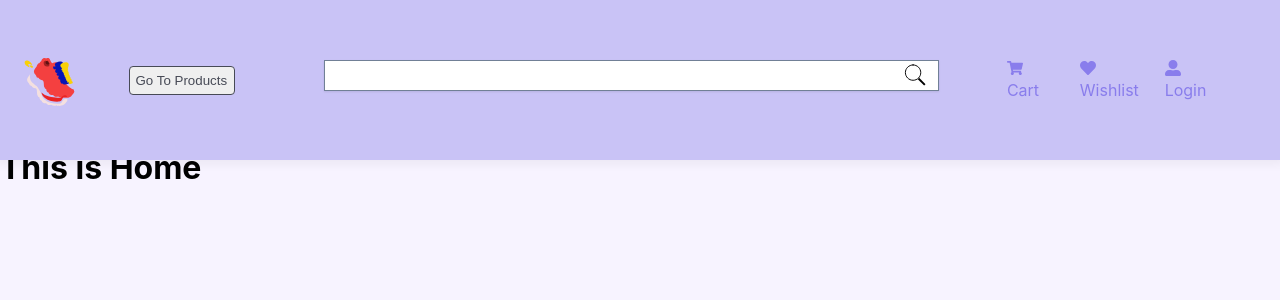
Repository: Irfan-vit/shoecase
Page: /
These files come from the project's save history. The page is drawn as it stood at one moment and after a run of saves; the edit follows.
The browser window is 1280 px wide. The pictures show the whole page.
The page's requests for data from a server got no answer. The project was rebuilt for these pictures with package versions that can differ from the ones it lists, and the page was loaded fresh each time. No one was signed in, and anything a server would have sent is missing. Also part of the build but not shown: src/pages/Product/ProductPage.jsx, src/pages/cart/CartPage.jsx, src/pages/wishlist/WishlistPage.jsx, src/pages/login/LoginPage.jsx, src/pages/signup/SignupPage.jsx, src/pages/user/StyledUser.jsx, src/components/forms/addAddress/AddAddress.jsx, src/components/forms/editAddress/EditAddress.jsx and 4 more.

Above is the page before, as saved 2023-05-22 04:52:03.

### src/index.js
import React, { useState } from 'react'
import { createRoot } from 'react-dom/client'
import { BrowserRouter } from 'react-router-dom'
import { makeServer } from './server'
import App from './App'

import { AuthProvider } from './context/AuthContext'
import { ToastContainer } from 'react-toastify'
import { ThemeProvider } from 'styled-components'
import { defaultTheme } from './utils/theme/theme'
import GlobalStyles from './utils/theme/Global'
import 'react-toastify/dist/ReactToastify.min.css'
import './utils/css/typography.css'
import './utils/css/colors.css'

// Call make Server
makeServer()

createRoot(document.getElementById('root')).render(
  <BrowserRouter>
    <AuthProvider>
      <ThemeProvider theme={defaultTheme}>
        <App />
        <ToastContainer />
        <GlobalStyles />
      </ThemeProvider>
    </AuthProvider>
  </BrowserRouter>,
)

### src/App.jsx
import { useEffect } from 'react'
import { Routes, Route, Link } from 'react-router-dom'
import axios from 'axios'

import Home from './pages/home/HomePage'
import Product from './pages/Product/ProductPage'
import Cart from './pages/cart/CartPage'
import Wishlist from './pages/wishlist/WishlistPage'
import Login from './pages/login/LoginPage'
import Signup from './pages/signup/SignupPage'
import User from './pages/user/User'

import RequiresAuth from './components/RequiresAuth'
import { useAuth } from './context/AuthContext'
import NavBar from './components/navBar/NavBar'

function App() {
  async function getCat() {
    const res = await axios.get('/api/products')
    const dat = res.data.products
    console.log(dat)
  }
  useEffect(() => {
    getCat()
  }, [])
  return (
    <div className="App">
      <NavBar />
      <nav>
        <Link to="/" style={{ padding: '0.5rem' }}>
          Home
        </Link>
        <Link to="/product" style={{ padding: '0.5rem' }}>
          Product
        </Link>
        <Link to="/cart" style={{ padding: '0.5rem' }}>
          Cart
        </Link>
        <Link to="/wishlist" style={{ padding: '0.5rem' }}>
          Wishlist
        </Link>
        <Link to="/login" style={{ padding: '0.5rem' }}>
          Login
        </Link>
        <Link to="/signup" style={{ padding: '0.5rem' }}>
          Signup
        </Link>
        <Link to="/user" style={{ padding: '0.5rem' }}>
          User
        </Link>
      </nav>
      <Routes>
        <Route path="/" element={<Home />} />
        <Route path="/product" element={<Product />} />
        <Route path="/wishlist" element={<Wishlist />} />
        <Route path="/login" element={<Login />} />
        <Route path="/signup" element={<Signup />} />
        {/* <Route path="/user" element={<User />} /> */}
        <Route
          path="/cart"
          element={
            <RequiresAuth>
              <Cart />
            </RequiresAuth>
          }
        />
        <Route
          path="/user"
          element={
            <RequiresAuth>
              <User />
            </RequiresAuth>
          }
        />
      </Routes>
    </div>
  )
}

export default App

### src/context/AuthContext.jsx
import { createContext, useContext, useEffect, useState } from 'react'
import { useNavigate, useLocation } from 'react-router-dom'
import axios from 'axios'
import { login, signup } from '../api/auth/apiAuth'

const AuthContext = createContext()

const AuthProvider = ({ children }) => {
  const localStorageToken = JSON.parse(localStorage.getItem('token'))
  const navigate = useNavigate()
  const location = useLocation()
  const [token, setToken] = useState(localStorageToken?.token)
  const [userDetails, setUserDetails] = useState(localStorageToken?.user)

  async function getUser({ email, password }, e) {
    try {
      e.preventDefault()
      const {
        data: { foundUser, encodedToken },
      } = await login({ email, password })
      localStorage.setItem(
        'token',
        JSON.stringify({ token: encodedToken, user: foundUser }),
      )
      setToken(encodedToken)
      setUserDetails(foundUser)
      console.log(foundUser)
      navigate(location?.state?.from?.pathname ?? '/', { replace: true })
    } catch {
      console.error('invalid Credentials')
    }
  }

  async function setUser({ email, password }, e) {
    try {
      e.preventDefault()
      const {
        data: { createdUser, encodedToken },
      } = await signup({ email, password })
      console.log(createdUser, encodedToken, 'response data')
      localStorage.setItem(
        'token',
        JSON.stringify({ token: encodedToken, user: createdUser }),
      )
      setToken(encodedToken)
      setUserDetails(createdUser)
      console.log(createdUser)
      navigate('/')
    } catch {
      console.error('invalid signup')
    }
  }
  return (
    <AuthContext.Provider
      value={{ getUser, setUser, token, setToken, userDetails, setUserDetails }}
    >
      {children}
    </AuthContext.Provider>
  )
}

const useAuth = () => useContext(AuthContext)

export { AuthProvider, useAuth }

### src/utils/theme/theme.js
import defaultColors from './defaultThemeColors'
// import typography from './typogarphy'
export const defaultTheme = {
  primaryBg: defaultColors.primaryBg,
  offSetBg: defaultColors.offSetBg,
  primaryText: defaultColors.primaryText,
  PrimaryHeading: defaultColors.PrimaryHeading,
  offSetText: defaultColors.offSetText,
  action: defaultColors.action,
  actionOffSet: defaultColors.actionOffSet,
  higilight: defaultColors.higilight,
}
export const darkTheme = {
  primaryBg: defaultColors.primaryBg,
  offSetBg: defaultColors.offSetBg,
  textOnPrimary: defaultColors.textOnPrimary,
  textOnOffSet: defaultColors.textOnOffSet,
  action: defaultColors.action,
  textColor: defaultColors.textColor,
  textMuted: defaultColors.textMuted,
}

### src/utils/theme/Global.js
import { createGlobalStyle } from 'styled-components'

const GlobalStyles = createGlobalStyle`
html {
    box-sizing: border-box;
    font-size: 16px;
    font-family: var(--font-family-body);
  }
*, *::before, *::after {
    box-sizing: inherit;
    Margin:0;
    Padding:0;
    Border:0;
}
body{
  background-color: ${(props) => props.theme.primaryBg};
}
`
export default GlobalStyles

### src/utils/css/typography.css
html {
    box-sizing: border-box;
    font-size: 16px;
    font-family: var(--font-family-body);
  }
*, *::before, *::after {
    box-sizing: inherit;
    Margin:0;
    Padding:0;
    Border:0;
}

:root{
    --font-family-hero: CircularPro, "Gill Sans", "Gill Sans MT", "Helvetica Neue", Helvetica, Arial, sans-serif;
    --font-family-headings: CircularPro, Sans, apple-system, sans-serif;
    --font-family-body: -apple-system, BlinkMacSystemFont, "Segoe UI", Roboto, Helvetica, Arial, sans-serif, "Apple Color Emoji", "Segoe UI Emoji", "Segoe UI Symbol";
    --font-family-serif: Georgia, "Times New Roman", serif;
    --font-family-mono: Menlo, Monaco, "Courier New", monospace;
    --font-xxxs: 0.425rem;
    --font-xxs: 0.625rem;
    --font-xs: 0.7rem;
    --font-sm: 0.875rem;
    --font-md: 1rem;
    --font-lg: 1.25rem;
    --font-xl: 1.5rem;
    --font-xxl: 2.25rem;
    --font-xxxl: 3rem;
    --font-xxxxl: 4rem;
    --font-weight-light: 300;
    --font-weight-normal: 400;
    --font-weight-strong: 500;
    --font-weight-semi-bold: 600;
    --font-weight-bold: 700;
    --primary-color: #6c5ce7;
    --primary-heavy: #5d4aec;
    --primary-light: #897dec;
    --text-on-primary: #ffffff;
    --primary-bg: #eceaff;
    --primary-bg-heavy: #c9c3f6;
    --secondary-color: #ffffff;
    --secondary-heavy: #ffffff;
    --secondary-light: #ffffff;
    --text-on-secondary: #6c5ce7;
    --secondary-bg: #ffffff;
    --secondary-bg-heavy: #ffffff;
    --error-color: #e62e5c;
    --error-heavy: #d31948;
    --error-light: #f086a0;
    --error-bg: #f7bac9;
    --error-bg-heavy: #8d1130;
    --spacing-unit: 6px;
    --margins: 2;
    --margin-size: (var(--margins) * 2);
    --cell-padding: (4 * var(--spacing-unit));
    --grid-gutter: (var(--margins) * var(--spacing-unit));
    --grid-margin: (var(--margin-size) * var(--spacing-unit));
    --cell-margin: (var(--grid-gutter) / 2);
    --border-radius-small: 0.125rem;
    --border-radius-medium: 0.25rem;
    --border-radius-large: 0.5rem;
    --border-radius-x-large: 1rem;
    --border-radius-circle: 50%;
    --border-radius-pill: 9999px;
    --border-size1: 1px;
    --border-size2: 2px;
    --border-size3: 3px;
    --border-size4: 4px;
    --text-color: #718096;
    --text-bright: #000;
    --text-muted: #a9b1ba;
    --bg-color: #fff;
    --background-body: #202b38;
    --background: #161f27;
    --background-alt: #1a242f;
    --box-shadow: 0 -1px 1px 0 rgba(0, 0, 0, 0.09), 0 2px 2px 0 rgba(0, 0, 0, 0.23);
    --box-shadow-x-small: 0 1px 0 #0d131e0d;
    --box-shadow-small: 0 1px 2px #0d131e1a;
    --box-shadow-medium: 0 2px 4px #0d131e1a;
    --box-shadow-large: 0 2px 8px #0d131e1a;
    --box-shadow-x-large: 0 4px 16px #0d131e1a;
    --border-color: #fff;
    --form-placeholder: #a9a9a9;
    --form-text: #fff;
    --color-focus-outline: #4299e14c;
    --tertiary-color: #8367C7;
    --complimentary-color: #F0FFF1;
    --twitter: #1da1f2;
    --slack: #4a154b;
    --github: #24292e;
    --heading-xxs: 1rem;
    --heading-xs: 1.1rem;
    --heading-sm: 1.25rem;
    --heading-md: 1.5rem;
    --heading-lg: 2rem;
    --heading-xl: 3rem;
    --heading-xxl: 4rem;
}

### src/utils/css/colors.css
:root{
    --background-color: #FFFFFF;
    --on-background-color: #2B2B2B;
    --on-background-low-color: #9598A1;
    --on-background-medium-color: #707279;
    --on-background-high-color: #2B2B2B;
    --primary-color: #6C5CE7;
    --on-primary-color: #FFFFFF;
    --border-medium-color: #EDEDED;
    --border-medium-hover-color: #CECECE;
    --border-medium-focus-color: #C6C6C6;
    --border-medium-active-color: #AFAFAF;
    --border-high-color: #BABEC9;
    --border-high-hover-color: #A3A6B0;
    --border-high-focus-color: #9DA1A9;
    --border-high-active-color: #8C8F96;
    --border-primary-color: #6C5CE7;
    --border-primary-hover-color: #8376EB;
    --border-primary-focus-color: #897DEC;
    --border-primary-active-color: #8F83ED;
    --surface-color: #FFFFFF;
    --surface-hover-color: #EDEBFC;
    --surface-active-color: #DCD8F9;
    --surface-focus-color: #E2DEFA;
    --on-surface-color: #2B2B2B;
    --on-surface-medium-color: #707279;
    --on-surface-low-color: #9598A1;
    --surface01-color: #FFFBFF;
    --surface02-color: #F7F2FD;
    --surface-primary-color: #140068;
    --surface-primary-hover-color: #3A2980;
    --surface-primary-active-color: #433386;
    --surface-primary-focus-color: #4C3D8C;
    --on-surface-primary-color: #FFFFFF;
    --surface-neutral-color: #FFFFFF;
    --surface-neutral-hover-color: #F4F5F6;
    --surface-neutral-focus-color: #F1F2F4;
    --surface-neutral-active-color: #EEEFF2;
    --on-surface-neutral-high-color: #2B2B2B;
    --on-surface-neutral-medium-color: #707279;
    --on-surface-neutral-low-color: #9598A1;
    --positive-color: #37B26C;
    --negative-color: #E62E5C;
    --warning-color: #FFC640;
    --process-color: #0984E3;
    --primary-surface-color: #F6F5FE;
    --positive-surface-color: #F3FAF6;
    --negative-surface-color: #FDF2F5;
    --warning-surface-color: #FFFCF4;
    --process-surface-color: #F0F8FD;
}

### src/backend/controllers/CategoryController.js
import { Response } from "miragejs";

/**
 * All the routes related to Category are present here.
 * These are Publicly accessible routes.
 * */

/**
 * This handler handles gets all categories in the db.
 * send GET Request at /api/categories
 * */

export const getAllCategoriesHandler = function () {
  try {
    return new Response(200, {}, { categories: this.db.categories });
  } catch (error) {
    return new Response(
      500,
      {},
      {
        error,
      }
    );
  }
};

/**
 * This handler handles gets all categories in the db.
 * send GET Request at /api/user/category/:categoryId
 * */

export const getCategoryHandler = function (schema, request) {
  const categoryId = request.params.categoryId;
  try {
    const category = schema.categories.findBy({ _id: categoryId });
    return new Response(200, {}, { category });
  } catch (error) {
    return new Response(
      500,
      {},
      {
        error,
      }
    );
  }
};

### src/backend/controllers/ProductController.js
import { Response } from "miragejs";

/**
 * All the routes related to Product are present here.
 * These are Publicly accessible routes.
 * */

/**
 * This handler handles gets all products in the db.
 * send GET Request at /api/products
 * */

export const getAllProductsHandler = function () {
  return new Response(200, {}, { products: this.db.products });
};

/**
 * This handler handles gets all products in the db.
 * send GET Request at /api/user/products/:productId
 * */

export const getProductHandler = function (schema, request) {
  const productId = request.params.productId;
  try {
    const product = schema.products.findBy({ _id: productId });
    return new Response(200, {}, { product });
  } catch (error) {
    return new Response(
      500,
      {},
      {
        error,
      }
    );
  }
};

### src/backend/db/categories.js
import { v4 as uuid } from 'uuid'
import { casual, fitness, track, sports } from '../../assets/assetsServer'
/**
 * Category Database can be added here.
 * You can add category of your wish with different attributes
 * */

export const categories = [
  {
    _id: uuid(),
    categoryName: 'casual',
    imgSrc: casual,
  },
  {
    _id: uuid(),
    categoryName: 'sports',
    imgSrc: sports,
  },
  {
    _id: uuid(),
    categoryName: 'fitness',
    imgSrc: fitness,
  },
  {
    _id: uuid(),
    categoryName: 'track',
    imgSrc: track,
  },
]

### src/backend/db/users.js
import { v4 as uuid } from 'uuid'
import { formatDate } from '../utils/authUtils'
/**
 * User Database can be added here.
 * You can add default users of your wish with different attributes
 * Every user will have cart (Quantity of all Products in Cart is set to 1 by default), wishList by default
 * */

export const users = [
  {
    _id: uuid(),
    firstName: 'Adarsh',
    lastName: 'Balika',
    email: 'adarshbalika@gmail.com',
    password: 'adarshbalika',
    address: [],
    createdAt: formatDate(),
    updatedAt: formatDate(),
  },
  {
    _id: uuid(),
    firstName: 'Adarsh',
    lastName: 'Balika',
    email: 'balika@gmail.com',
    password: 'balika',
    address: [],
    createdAt: formatDate(),
    updatedAt: formatDate(),
  },
]

### src/pages/home/HomePage.jsx
const Home = () => {
  return (
    <>
      <h1>This is Home</h1>
    </>
  )
}

export default Home

### src/components/navBar/NavBar.jsx
import { useNavigate } from 'react-router-dom'
import { redirect } from 'react-router-dom'
import { Link } from 'react-router-dom'
import { StyledNavWrapper, StyledNav, StyledNavList } from '../../styles/index'
import { FaShoppingCart, FaHeart, FaUserAlt } from 'react-icons/fa'
import HeroLogo from '../animations/HeroAnimations/HeroLogo'

import SearchInput from '../inputs/SeacrhInput'
import Select from '../select/Select'
// import { useFilterProducts } from '../../context/filterProductsContext'

const NavBar = () => {
  // const { filterDispatch, filterState } = useFilterProducts()
  const navigate = useNavigate()
  return (
    <StyledNavWrapper>
      <StyledNav>
        <div>
          <div>
            <Link to="/">
              <HeroLogo />
            </Link>
          </div>
          <div>
            <Select />
          </div>
        </div>
        <div>
          <div>
            <SearchInput />
          </div>
          <div>
            <StyledNavList>
              <ul>
                <li>
                  <Link to="/cart">
                    <FaShoppingCart />
                    <p>Cart</p>
                  </Link>
                </li>
                <li>
                  <Link to="/wishlist">
                    <FaHeart />
                    <p>Wishlist</p>
                  </Link>
                </li>
                <li>
                  <Link to="">
                    <FaUserAlt />
                    <p>Login</p>
                  </Link>
                </li>
              </ul>
            </StyledNavList>
          </div>
        </div>
      </StyledNav>
    </StyledNavWrapper>
  )
}

export default NavBar

### src/api/auth/apiAuth.js
import axios from 'axios'

export const login = async ({ email, password }) =>
  await axios.post(`/api/auth/login`, {
    email,
    password,
  })

export const signup = async ({ email, password }) =>
  await axios.post(`/api/auth/signup`, {
    email,
    password,
  })

### src/utils/theme/defaultThemeColors.js
const defaultColors = {
  primaryBg: '#f7f3ff',
  PrimaryHeading: '#a9b1ba',
  primaryText: '#718096',
  offSetBg: '#c9c3f6',
  offSetText: '#474a56',
  action: '#885df1',
  actionOffSet: '#ffffff',

  higilight: '#897dec',
  // higilight: '#5D48B8',
}

export default defaultColors

### src/assets/assetsServer.js
import casual from './images/casual.jpg'
import casualT1 from './images/casualT1.jpg'
import casualT2 from './images/casualT2.jpg'
import fitness from './images/fitness.jpg'
import fitnessT1 from './images/fitnessT1.jpg'
import fitnessT2 from './images/fitnessT2.jpg'
import track from './images/track.jpg'
import trackT1 from './images/trackT1.jpg'
import trackT2 from './images/trackT2.jpg'
import sports from './images/sports.jpg'
import sportsT1 from './images/sportsT1.jpg'
import sportsT2 from './images/sportsT2.jpg'
import men from './images/men.jpg'
import mensT1 from './images/mensT1.jpg'
import mensT2 from './images/mensT2.jpg'
import women from './images/women.jpg'
import womensT1 from './images/womensT1.jpg'
import womensT2 from './images/womensT2.jpg'

export {
  casual,
  casualT1,
  casualT2,
  fitness,
  fitnessT1,
  fitnessT2,
  track,
  trackT1,
  trackT2,
  sports,
  sportsT1,
  sportsT2,
  men,
  mensT1,
  mensT2,
  women,
  womensT1,
  womensT2,
}

### src/styles/index.js
export * from './NavBarStyles'
export * from './SelectStyles'
export * from './SearchInputStyles'

### src/components/animations/HeroAnimations/HeroLogo.jsx
import { useLottie, useLottieInteractivity } from 'lottie-react'
import logoRun from '../../../assets/json/logo.json'
const style = {
  height: '4rem',
  width: '4rem',
  display: 'inline-block',
  cursor: 'pointer',
}

const options = {
  animationData: logoRun,
}

const HeroLogo = () => {
  const lottieObj = useLottie(options, style)
  const Animation = useLottieInteractivity({
    lottieObj,
    mode: 'cursor',
    actions: [
      {
        position: { x: [0, 1], y: [0, 1] },
        type: 'seek',
        frames: [49, 72],
      },
      {
        position: { x: -1, y: -1 },
        type: 'stop',
        frames: [72],
      },
    ],
  })

  return Animation
}

export default HeroLogo

### src/components/inputs/SeacrhInput.jsx
import Search from '../animations/Floats/Search'

import { StyledSearchInput } from '../../styles/index'
// import { useFilterProducts } from '../../context/filterProductsContext'
const SearchInput = () => {
  // const { search, setSearch } = useFilterProducts()
  return (
    <form action="">
      <StyledSearchInput>
        <input
          type="text"
          // value={search}
          // onChange={(e) => setSearch(e.target.value)}
        />
        <Search />
      </StyledSearchInput>
    </form>
  )
}
export default SearchInput

### src/components/select/Select.jsx
import { useNavigate } from 'react-router-dom'
// import { useFilterProducts } from '../../context/filterProductsContext'
import { StyledSelect } from '../../styles/index'
import { Link } from 'react-router-dom'

const Select = () => {
  // const { filterDispatch, filterState } = useFilterProducts()
  const navigate = useNavigate()
  return (
    <form action="">
      <label
        htmlFor="categories"
        onSubmit={(e) => {
          e.preventDefault()
        }}
      >
        <StyledSelect name="categories" id="categories">
          <option value="select">
            <Link
              onClick={() => {
                // filterDispatch({ type: 'reset' })
                navigate('/product')
              }}
            >
              Go To Products
            </Link>
          </option>
          <option value="casual">
            <Link
              onClick={() => {
                // filterDispatch({ type: 'casual' })
                navigate('/product')
              }}
            >
              Casual
            </Link>
          </option>
          <option value="fitness">
            <Link
              onClick={() => {
                navigate('/product')
                // filterDispatch({ type: 'fitness' })
              }}
            >
              Fitness
            </Link>
          </option>
          <option value="track">
            <Link
              onClick={() => {
                navigate('/product')
                // filterDispatch({ type: 'track' })
              }}
            >
              Track
            </Link>
          </option>
          <option value="sports">
            <Link
              onClick={() => {
                navigate('/product')
                // filterDispatch({ type: 'sports' })
              }}
            >
              Sports
            </Link>
          </option>
        </StyledSelect>
      </label>
    </form>
  )
}
export default Select

### src/styles/NavBarStyles.jsx
import styled from 'styled-components'

const StyledNavWrapper = styled.aside`
  margin-bottom: 8rem;
`

const StyledNav = styled.nav`
  box-shadow: var(--box-shadow);
  box-shadow: 0px 0px 10px 4px rgb(0 0 0 / 5%);
  z-index: 1;
  position: fixed;
  top: 0;
  width: 100%;
  height: 10rem;
  background-color: ${(props) => props.theme.offSetBg};
  margin: 0 auto;
  display: flex;
  flex-flow: column;
  > :nth-child(1) {
    display: flex;
    justify-content: center;
  }
  > :nth-child(2) {
    display: flex;
    flex-flow: column;
    justify-content: space-evenly;
    flex-basis: 80%;
    > :nth-child(1) {
      flex-basis: 60%;
      order: 2;
    }
    > :nth-child(2) {
      flex-basis: 20%;
      order: 1;
    }
  }
  @media (min-width: 900px) {
    display: flex;
    flex-flow: row wrap;
    justify-content: space-between;
    align-items: center;
    > :nth-child(1) {
      display: flex;
      flex-flow: row;
      align-items: center;
      align-content: center;
      flex-basis: 20%;
      justify-content: space-around;
    }
    > :nth-child(2) {
      display: flex;
      flex-flow: row wrap;
      justify-content: space-evenly;
      flex-basis: 80%;
      > :nth-child(1) {
        flex-basis: 60%;
        order: 1;
      }
      > :nth-child(2) {
        flex-basis: 20%;
        order: 2;
      }
    }
  }
`

const StyledNavList = styled.div`
  > ul {
    display: flex;
    flex-flow: row wrap;
    list-style-type: none;
    justify-content: space-between;
    align-items: center;
    align-content: center;
  }
  > ul > li {
    flex-basis: 23%;
  }
  > ul > li > a {
    text-decoration: none;
    margin: 0;
    padding: 0;
    transition: 0.3s;
    text-decoration: underline;
    text-decoration-color: transparent;
    -webkit-text-decoration-color: transparent;
    -moz-text-decoration-color: transparent;
    text-decoration: none;
    color: ${(props) => props.theme.higilight};
    :hover,
    :active,
    :focus {
      color: ${(props) => props.theme.offSetText};
      text-decoration-line: underline;
      text-decoration-style: line;
      text-decoration-color: ${(props) => props.theme.offSetText};
      text-underline-offset: 3px;
    }
  }
`
export { StyledNavWrapper, StyledNav, StyledNavList }

### src/styles/SelectStyles.jsx
import styled from 'styled-components'
const StyledSelect = styled.select`
  outline: none;
  border: none;
  outline: none;
  cursor: pointer;
  border-radius: var(--border-size4);
  padding: var(--spacing-unit);
  color: ${(props) => props.theme.offSetText};
  border: 1px solid ${(props) => props.theme.offSetText};
  appearance: none;
  :focus {
    border: 1px solid ${(props) => props.theme.action};
    outline: none;
  }
`
export { StyledSelect }

### src/styles/SearchInputStyles.jsx
import styled from 'styled-components'

const StyledSearchInput = styled.div`
  position: relative;
  width: 100%;
  > input {
    outline: none;
    cursor: pointer;
    padding: var(--font-xxxs) var(--font-xxs);
    color: ${(props) => props.theme.primaryText};
    border: 1px solid ${(props) => props.theme.primaryHeading};
    box-shadow: var(--box-shadow-small);
    width: 100%;
    :focus {
      border: 1px solid ${(props) => props.theme.action};
      outline: none;
    }
  }
  > a {
    position: absolute;
    right: 0;
    bottom: 0%;
    transform: translate(-50%, 0%);
    color: ${(props) => props.theme.textMuted};
    cursor: pointer;
    :hover {
      color: ${(props) => props.theme.primaryColor};
    }
  }
`
export {StyledSearchInput}

### src/components/animations/Floats/Search.jsx
import { useLottie, useLottieInteractivity } from 'lottie-react'
import search from '../../../assets/json/search.json'
const style = {
  height: '1.5rem',
  display: 'inline-block',
  cursor: 'pointer',
}

const options = {
  animationData: search,
}

const Search = () => {
  const lottieObj = useLottie(options, style)
  const Animation = useLottieInteractivity({
    lottieObj,
    mode: 'cursor',
    actions: [
      {
        position: { x: [0, 1], y: [0, 1] },
        type: 'loop',
        frames: [0, 20],
      },
      {
        position: { x: -1, y: -1 },
        type: 'stop',
        frames: [0],
      },
    ],
  })

  return <a href="#">{Animation}</a>
}

export default Search

Loaded but not shown: public/index.html (common file); src/backend/utils/authUtils.js (common file); src/assets/json/logo.json (1 lines, source omitted); src/assets/json/search.json (1 lines, source omitted); src/backend/controllers/CartController.js (148 lines, source omitted); src/server.js (87 lines, source omitted); src/backend/controllers/WishlistController.js (100 lines, source omitted); src/backend/controllers/AuthController.js (101 lines, source omitted); src/backend/db/products.js (106 lines, source omitted)

After the next 5 saves:
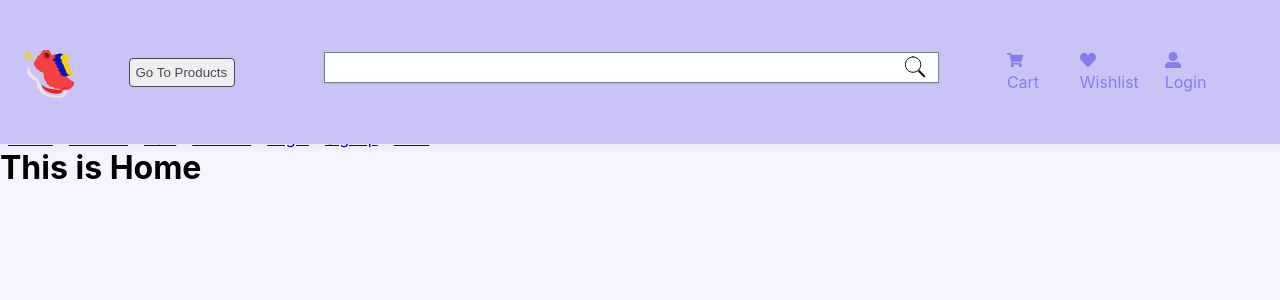
The 5 saves are shown as one change because they came seconds apart.
The last was saved 21 s later.
--- a/src/styles/NavBarStyles.jsx
+++ b/src/styles/NavBarStyles.jsx
@@ -11,7 +11,7 @@ const StyledNav = styled.nav`
   position: fixed;
   top: 0;
   width: 100%;
-  height: 10rem;
+  height: 9rem;
   background-color: ${(props) => props.theme.offSetBg};
   margin: 0 auto;
   display: flex;
